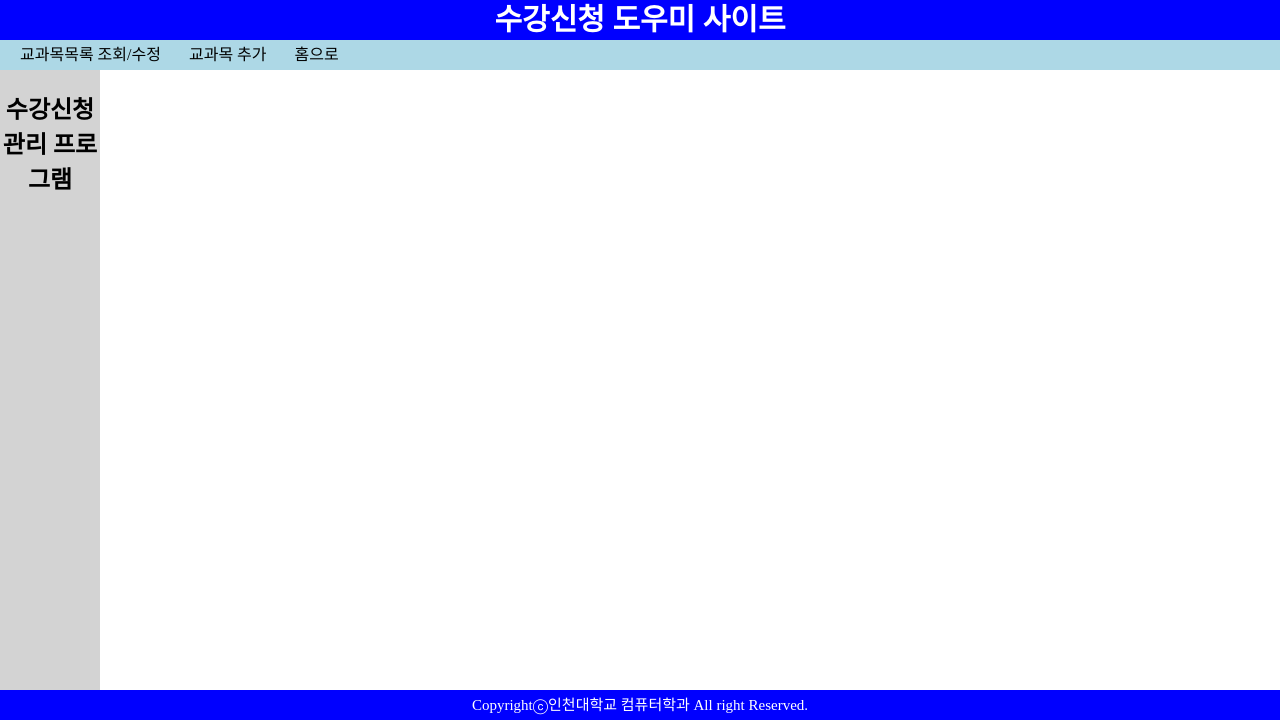
Repository: leesuyeon116/HRD_2
Page: http://localhost/HRD_0419/list.jsp
An editor plug-in stored every save of this project. The page is shown before and after the next save, followed by the edit.
The browser window is 1280 px wide. The pictures show the whole page.
The page is served by Tomcat 9. Other server files are loaded and not shown.

Above is the page before, as saved 2024-04-19 04:46:50.

### HRD_0419/src/main/webapp/list.jsp
<%@ page language="java" contentType="text/html; charset=UTF-8"
    pageEncoding="UTF-8"%>
<!DOCTYPE html>
<html>
<head>
<meta charset="UTF-8">
<title>list</title>
</head>
<body>
	<jsp:include page="header.jsp"></jsp:include>

		<section style="position: fixed; top: 70px; left:0px; width: 100px; height: 100%; background-color: lightgray">
		<h2 style="text-align: center;"><b>수강신청 관리 프로그램</b></h2>


		</section>
	<jsp:include page="footer.jsp"></jsp:include>

</body>
</html>

### HRD_0419/src/main/webapp/header.jsp
<%@ page language="java" contentType="text/html; charset=UTF-8"
	pageEncoding="UTF-8"%>
<!DOCTYPE html>
<html>
<head>
<meta charset="UTF-8">
<title>header</title>
</head>
<body>
	<header style="position: fixed; top: 0px; left: 0px; width: 100%; height: 40px; line-height: 40px;
		background-color: blue; color: white; text-align: center; font-size: 30px">
		<b>수강신청 도우미 사이트</b>
	</header>

	<nav style="position: fixed; top: 40px; left: 0px; width: 100%; height: 30px; line-height: 30px;
		background-color: lightblue; padding-left: 20px">
			<a href="list.jsp"></a>교과목목록 조회/수정 &nbsp; &nbsp; &nbsp;
			<a href="insert.jsp"></a>교과목 추가 &nbsp; &nbsp; &nbsp;
			<a href="index.jsp"></a>홈으로 &nbsp; &nbsp; &nbsp;
	</nav>
</body>
</html>

### HRD_0419/src/main/webapp/footer.jsp
<%@ page language="java" contentType="text/html; charset=UTF-8"
	pageEncoding="UTF-8"%>
<!DOCTYPE html>
<html>
<head>
<meta charset="UTF-8">
<title>footer</title>
</head>
<body>
	<footer style="position: fixed; bottom: 0px; left: 0px; width: 100%; height: 30px; line-height: 30px;
		background-color: blue; color: white; text-align: center; font-size: 15px">
		Copyrightⓒ인천대학교 컴퓨터학과 All right Reserved.
	</footer>
</body>
</html>

After the next save:
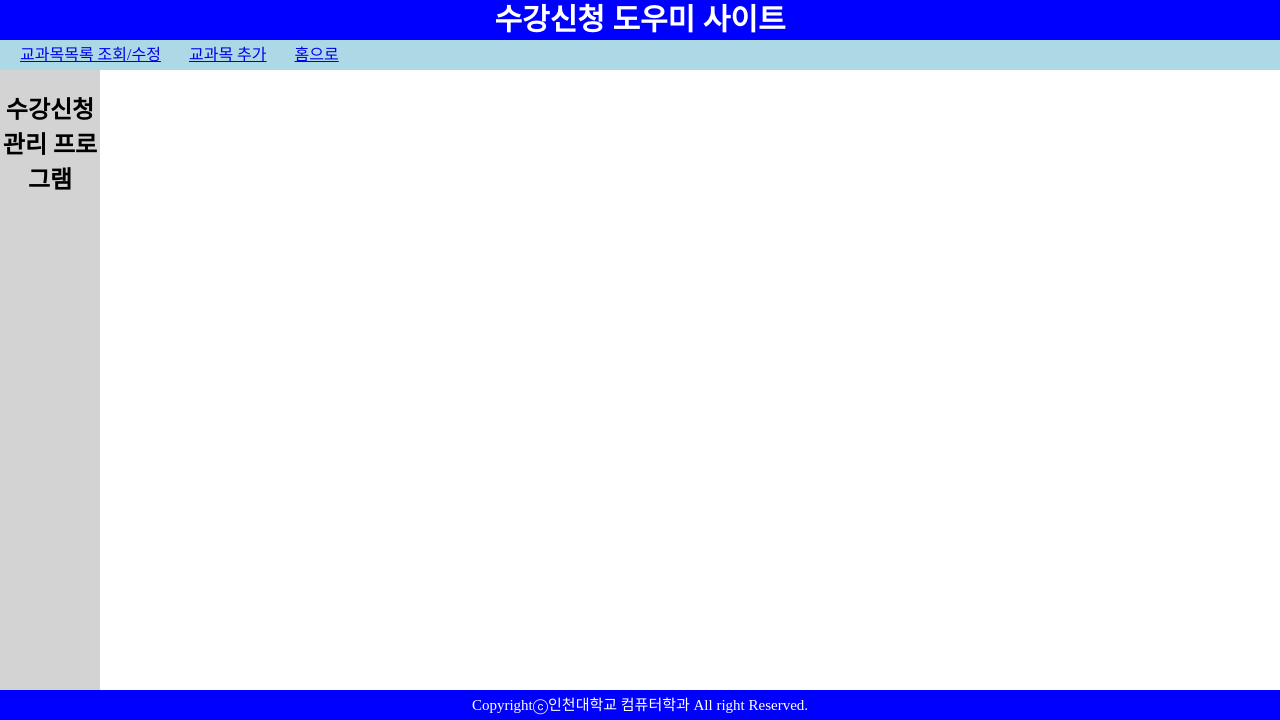
Saved 60 s later.
--- a/HRD_0419/src/main/webapp/header.jsp
+++ b/HRD_0419/src/main/webapp/header.jsp
@@ -14,9 +14,9 @@
 
 	<nav style="position: fixed; top: 40px; left: 0px; width: 100%; height: 30px; line-height: 30px;
 		background-color: lightblue; padding-left: 20px">
-			<a href="list.jsp"></a>교과목목록 조회/수정 &nbsp; &nbsp; &nbsp;
-			<a href="insert.jsp"></a>교과목 추가 &nbsp; &nbsp; &nbsp;
-			<a href="index.jsp"></a>홈으로 &nbsp; &nbsp; &nbsp;
+			<a href="list.jsp">교과목목록 조회/수정</a> &nbsp; &nbsp; &nbsp;
+			<a href="insert.jsp">교과목 추가</a> &nbsp; &nbsp; &nbsp;
+			<a href="index.jsp">홈으로</a> &nbsp; &nbsp; &nbsp;
 	</nav>
 </body>
 </html>
